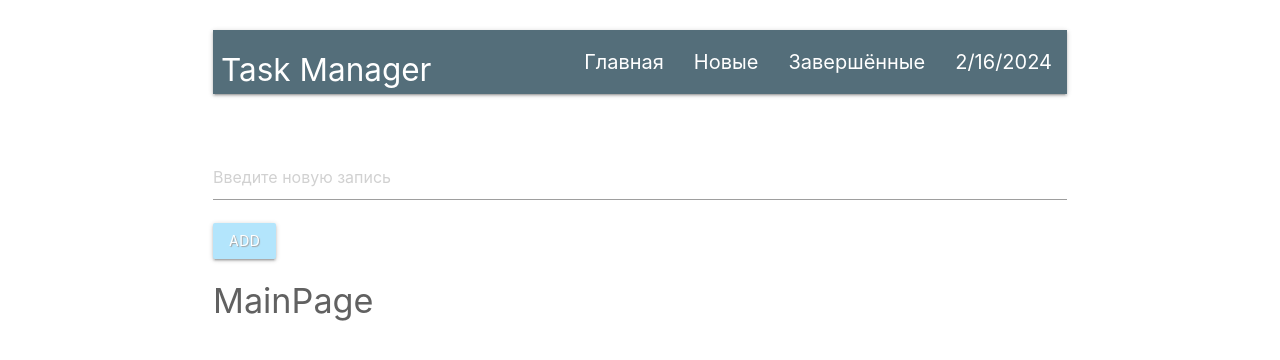
Repository: iveivs/myReactTaskManager
Page: /
These files come from the project's save history. The page is drawn as it stood at one moment and after a run of saves; the edit follows.
The browser window is 1280 px wide. The pictures show the whole page.
The project was rebuilt for these pictures with package versions that can differ from the ones it lists, and the page was loaded fresh each time. Also part of the build but not shown: vite.config.js, src/components/DoneTasks.jsx, src/components/NewTasks.jsx.

Above is the page before, as saved 2024-02-21 10:55:36.

### index.html
<!doctype html>
<html lang="en">
  <head>
    <meta charset="UTF-8" />
    <link rel="icon" type="image/svg+xml" href="/vite.svg" />
    <meta name="viewport" content="width=device-width, initial-scale=1.0" />
    <link rel="stylesheet" href="https://cdnjs.cloudflare.com/ajax/libs/materialize/1.0.0/css/materialize.min.css">
    <link href="https://fonts.googleapis.com/icon?family=Material+Icons" rel="stylesheet">
    <title>Task Manager</title>
  </head>
  <body>
    <div id="root"></div>
    <script type="module" src="/src/main.jsx"></script>
  </body>
</html>

### src/main.jsx
import React from 'react'
import ReactDOM from 'react-dom/client'
import { BrowserRouter } from 'react-router-dom';
import App from './App.jsx'
import './index.css'

ReactDOM.createRoot(document.getElementById('root')).render(
  <BrowserRouter>
    <App />
  </BrowserRouter>,
)

### src/App.jsx
import { useState, useEffect } from 'react'
import { Routes, Route } from 'react-router-dom'
import './App.css'
import DoneTasks from './components/DoneTasks'
import Header from './components/Header'
import MainPage from './components/MainPage'
import NewTasks from './components/NewTasks'
import { DataContext } from './components/DataContext'

function App() {
  const [input, setInput] = useState('')
  const [tasks, setTasks] = useState()

  const renderLocalStorageData = () => {
    const data = localStorage.getItem("tasks")
    if (data) {
        return JSON.parse(data);
    } else {
        return []
    }
  }

  useEffect(()=> {
    setTasks(renderLocalStorageData)
    console.log('test');
    console.log('useEf tasks', tasks);
  }, [])

  const handleChange = (event) => {
    setInput(event.target.value)
    console.log('input', input);
  }

  const handleClick = () => {
    let id = tasks.length > 0 ? tasks[tasks.length - 1].id + 1 : 1
    const newTask = {
      task: input,
      id: id, // 1
      done: false
    }

    // setTasks([...tasks, newTask])
    setTasks(prev => [...prev, newTask])
    console.log('task on handleclick btn', tasks);
    localStorage.setItem('tasks', JSON.stringify(tasks))
    setInput('')
  }

  function changeStatus(e) {
    setTasks((previousTasks) => previousTasks.map(task => {
        if(task.id == e.target.dataset.id) {
            return {
                ...task,
                done: !task.done,
            }
        }
        return task
    }))
    localStorage.setItem('tasks', JSON.stringify(tasks))
}

function deleteTask(e) {
  setTasks((previousTasks) => previousTasks.filter(task => {
      if(task.id == e.target.dataset.id) {
          return
      }
      return task
  }))
  localStorage.setItem('tasks', JSON.stringify(tasks))
}

  return (
    <>
    <DataContext.Provider value={{
      tasks,
      setTasks,
      changeStatus,
      deleteTask,
    }}>
      <div className="container">
        <Header  />
        <div className='input-field'>
          <input
            placeholder='Введите новую запись'
            className='inputMain'
            value={input}
            onChange={(e) => handleChange(e)}
            type="text" />
        </div>

        <button className='btn light-blue lighten-4' onClick={handleClick}>ADD</button>
        <Routes>
          <Route index element={<MainPage />} />
          <Route path="/new" element={<NewTasks />} />
          <Route path="/done" element={<DoneTasks  />} />
        </Routes>

        {/* { input && <h4>{input}</h4> } */}
        {/* { tasks && (
          tasks.map(e => <p key={e}>task: {e}</p>)
        )} */}
      </div>
      </DataContext.Provider>
    </>
  )
}

export default App

### src/index.css

.nav-wrapper {
    padding-left: 8px;
    /* text-shadow: 1px 1px 1px #a3a3a3; */
    /* display: flex ;
    flex-direction: row;
    justify-content: space-between;
    align-items: center; */

}
.nav-wrapper ul li {
    font-size: 24px !important;
}
.listItem{
    font-size: 18px !important;
}
.btn {
    text-shadow: 1px 1px 1px #a3a3a3;

}
/* .inputMain {
    margin-bottom: 40px !important ;
} */
nav {
    margin-bottom: 60px;
}
.textTitle {
    color: #616161;
}
.taskText {
    font-size: 18px;
    color: #616161;
}
.taskItem {
    display: flex;
    flex-direction: row;
    align-items: center;
    justify-content: space-between;
}
.disabledColor {
    color: #838383;
    cursor: pointer;
    transition: color .3s ease-in-out;

}
.disabledColor:hover {
    opacity: .5;
}
.orange600 {
    color: #FB8C00;
}
/* nav {
    background-color: #b3e5fc
} */

### src/App.css
#root {
  max-width: 1280px;
  margin: 0 auto;
  padding: 2rem;

}

### src/components/Header.jsx
import { Link } from "react-router-dom";
import DateElement from "./DateElement";

export default function Header() {
    return (
        <nav className="blue-grey darken-1">
            <div className="nav-wrapper">
                <h4 className="brand-logo">
                    Task Manager
                </h4>
                {/* <* id="nav-mobile" className="right hide-on-med-and-down"> */}
                <ul className="right">
                    <li className="listItem" >
                        <Link style={{fontSize: '20px'}} to="/">Главная</Link>
                    </li>
                    <li>
                        <Link style={{fontSize: '20px'}} to="/new">Новые</Link>
                    </li>
                    <li>
                        <Link style={{fontSize: '20px'}} to="/done">Завершённые</Link>
                    </li>
                    <li >
                        <Link style={{fontSize: '20px'}}> {<DateElement  />}</Link>
                    </li>

                </ul>

            </div>
        </nav>
    );
}

// export default function Header() {
//     document.addEventListener('DOMContentLoaded', function() {
//         const elems = document.querySelectorAll('.sidenav');
//         var instances = M.Sidenav.init(elems, options);
//     });

//     return (
//         <>
//             <nav>
//                 <div className="nav-wrapper">
//                     <a href="#!" className="brand-logo">Logo</a>
//                     <a href="#" data-target="mobile-demo" className="sidenav-trigger"><i className="material-icons">menu</i></a>
//                     <ul className="right hide-on-med-and-down">
//                         <li>
//                             <Link to="/">Главная</Link>
//                         </li>
//                         <li>
//                             <Link to="/new">Новые</Link>
//                         </li>
//                         <li>
//                             <Link to="/done">Завершённые</Link>
//                         </li>
//                         <li>
//                             <DateElement  />
//                         </li>
//                     </ul>
//                 </div>
//             </nav>

//             <ul className="sidenav" id="mobile-demo">
//                 <li>Sass</li>
//                 <li><a href="badges.html">Components</a></li>
//                 <li><a href="collapsible.html">Javascript</a></li>
//                 <li><a href="mobile.html">Mobile</a></li>
//             </ul>
//         </>

//     );
// }

### src/components/MainPage.jsx
import { useEffect } from "react"
import { DataContext } from "./DataContext"
import { useContext } from "react"

export default function MainPage () {
    const { tasks, setTasks, changeStatus, deleteTask } = useContext(DataContext)

    return (
        <div>
            <h4 className="textTitle">MainPage</h4>
            { tasks && (
                tasks.map(task => (
                    <div key={task.id } className="taskItem">
                        <p className="taskText" style={ task.done ? {textDecoration: 'line-through'} : {textDecoration: ''}}>task: {task.task} id: {task.id}</p>
                        <div className="iconBox">
                            <i onClick={(e) => { changeStatus(e) }} data-id={task.id} className={`material-icons disabledColor ${task.done ? "orange600" : " "}`} >done</i>
                            <i onClick={(e) => { deleteTask(e) }} data-id={task.id} className="material-icons disabledColor">close</i>
                        </div>
                    </div>
                ))
            )}
        </div>
    )
}

### src/components/DataContext.js
import { createContext } from "react"
const initialState = {
    tasks: [],
    loading: false,
    setTasks: () => {
    }
}

export const DataContext = createContext(initialState)

### src/components/DateElement.jsx
import { useEffect, useState } from "react"

export default function DateElement () {
    const [now, setNow] = useState(new Date())

    useEffect
    return (
        <>

            {/* <p>{now.toLocaleDateString()}</p> */}
            {now.toLocaleDateString()}

        </>
    )
}

After the next 3 saves:
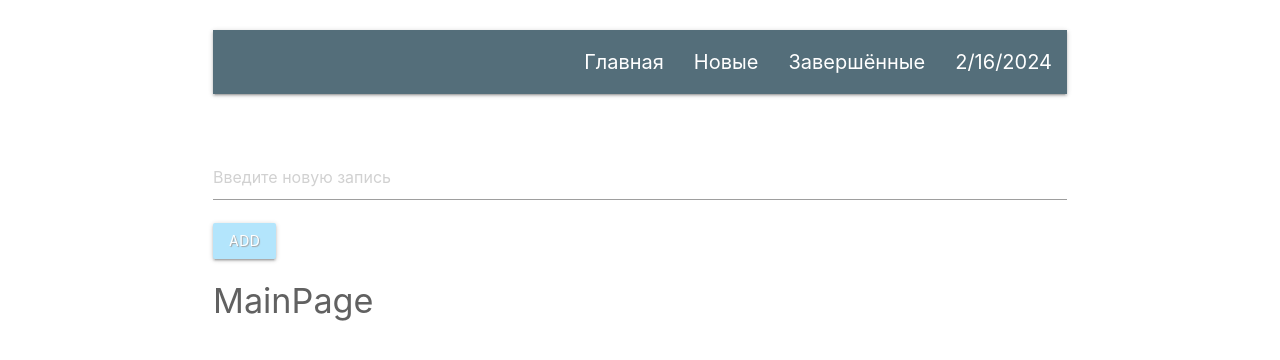
The 3 saves are shown as one change because they came seconds apart.
The last was saved 32 s later.
--- a/src/components/Header.jsx
+++ b/src/components/Header.jsx
@@ -5,9 +5,7 @@
     return (
         <nav className="blue-grey darken-1">
             <div className="nav-wrapper">
-                <h4 className="brand-logo">
-                    Task Manager
-                </h4>
+                <div className="div"></div>
                 {/* <* id="nav-mobile" className="right hide-on-med-and-down"> */}
                 <ul className="right">
                     <li className="listItem" >

After the 3 saves that followed:
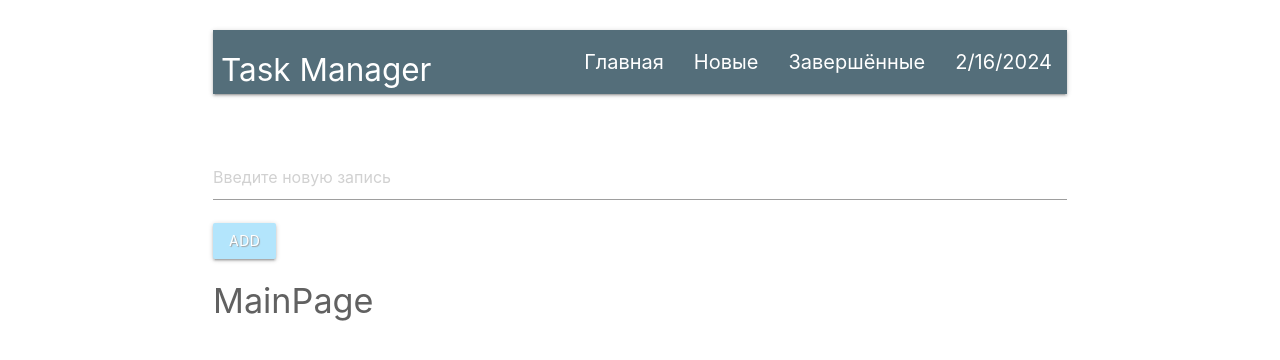
The 3 saves are shown as one change because they came seconds apart.
The last was saved 12 s later.
--- a/src/components/Header.jsx
+++ b/src/components/Header.jsx
@@ -5,7 +5,11 @@
     return (
         <nav className="blue-grey darken-1">
             <div className="nav-wrapper">
-                <div className="div"></div>
+                <div>
+                    <h4 className="brand-logo">
+                        Task Manager
+                    </h4>
+                </div>
                 {/* <* id="nav-mobile" className="right hide-on-med-and-down"> */}
                 <ul className="right">
                     <li className="listItem" >
